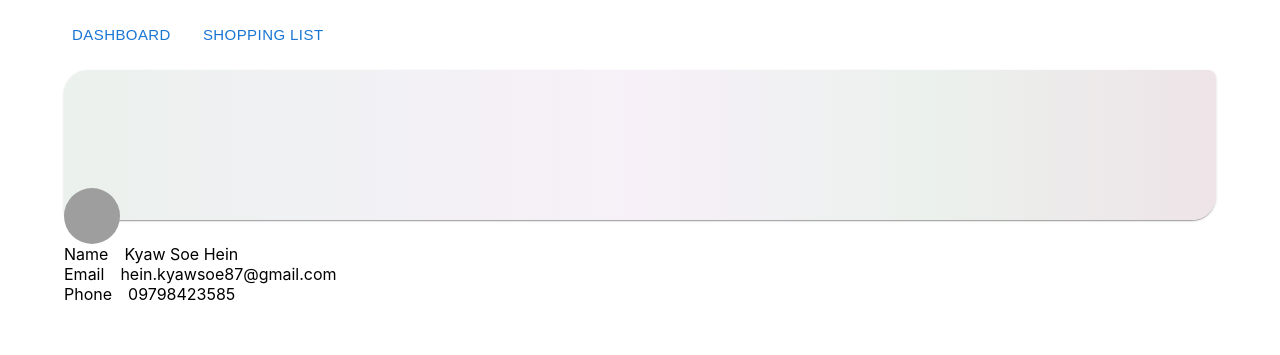
Repository: KyawSoeHein/GoogleAuthReact
Page: /
These files come from the project's save history. The page is drawn as it stood at one moment and after the next save; the edit follows.
The browser window is 1280 px wide. The pictures show the whole page.
Pictures or frames that could not be fetched are drawn as grey boxes. The project was rebuilt for these pictures with package versions that can differ from the ones it lists, and the page was loaded fresh each time. Also part of the build but not shown: src/App.css.

Above is the page before, as saved 2022-02-14 19:33:10.

After the next save:
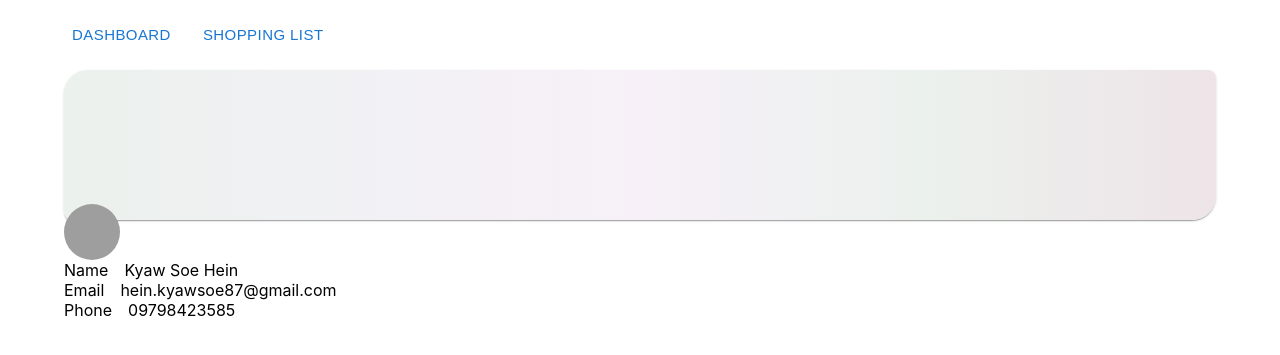
Saved 4 s later.
--- a/src/Components/CoverAndProfilePhoto.tsx
+++ b/src/Components/CoverAndProfilePhoto.tsx
@@ -21,7 +21,7 @@ const CoverAndProfilePhoto = () => {
       <Avatar
         alt="Remy Sharp"
         src="/static/images/avatar/1.jpg"
-        sx={{ width: 56, height: 56, marginTop: -4 }}
+        sx={{ width: 56, height: 56, marginTop: -2 }}
       />
     </div>
   );
